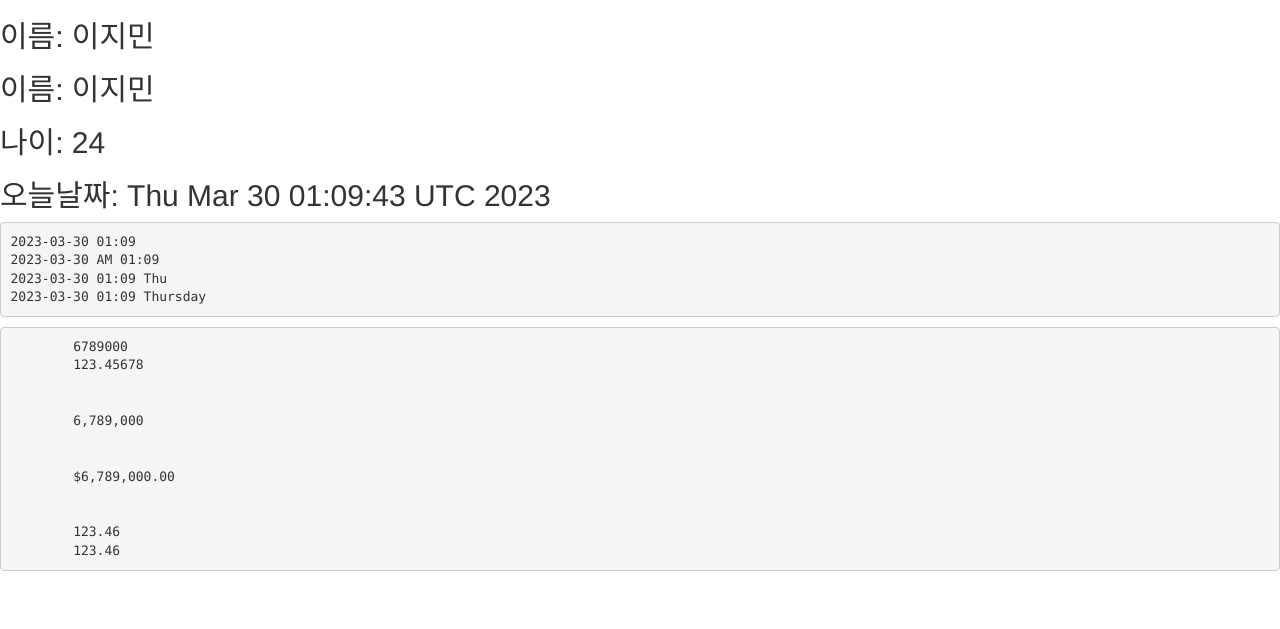
Repository: jungbee2/jungproject
Page: http://localhost/JstlProject/day0330/ex2_jstl_format.jsp
An editor plug-in stored every save of this project. The page is shown before and after the next save, followed by the edit.
The browser window is 1280 px wide. The pictures show the whole page.
Some web fonts or font styles are not loaded; a fallback is used. The page is served by Tomcat 9.

Above is the page before, as saved 2023-03-30 01:36:33.

After the next save:
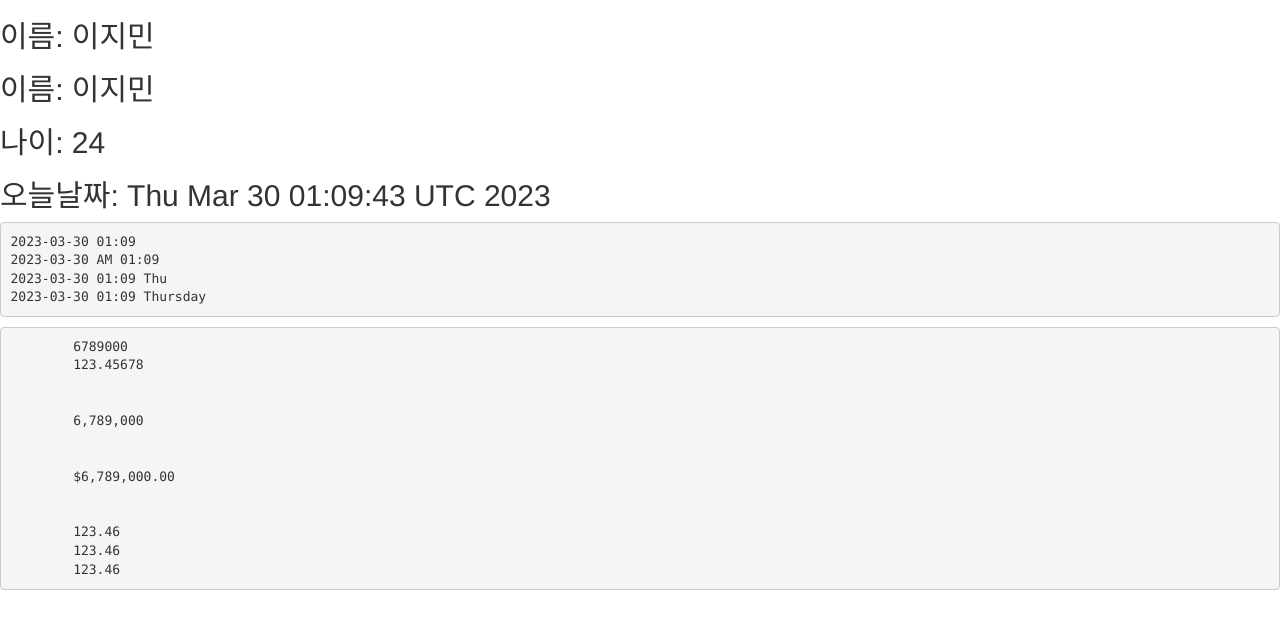
Saved 24 s later.
--- a/JstlProject/src/main/webapp/day0330/ex2_jstl_format.jsp
+++ b/JstlProject/src/main/webapp/day0330/ex2_jstl_format.jsp
@@ -55,6 +55,7 @@
 
 	<!-- pattern-->
 	<fmt:formatNumber value="${num1 }" pattern="0.00"/>
+	<fmt:formatNumber value="${num1 }" pattern="0.00"/>
 	<fmt:formatNumber value="${num1 }" pattern="0.##"/>
 </pre>
 </body>
